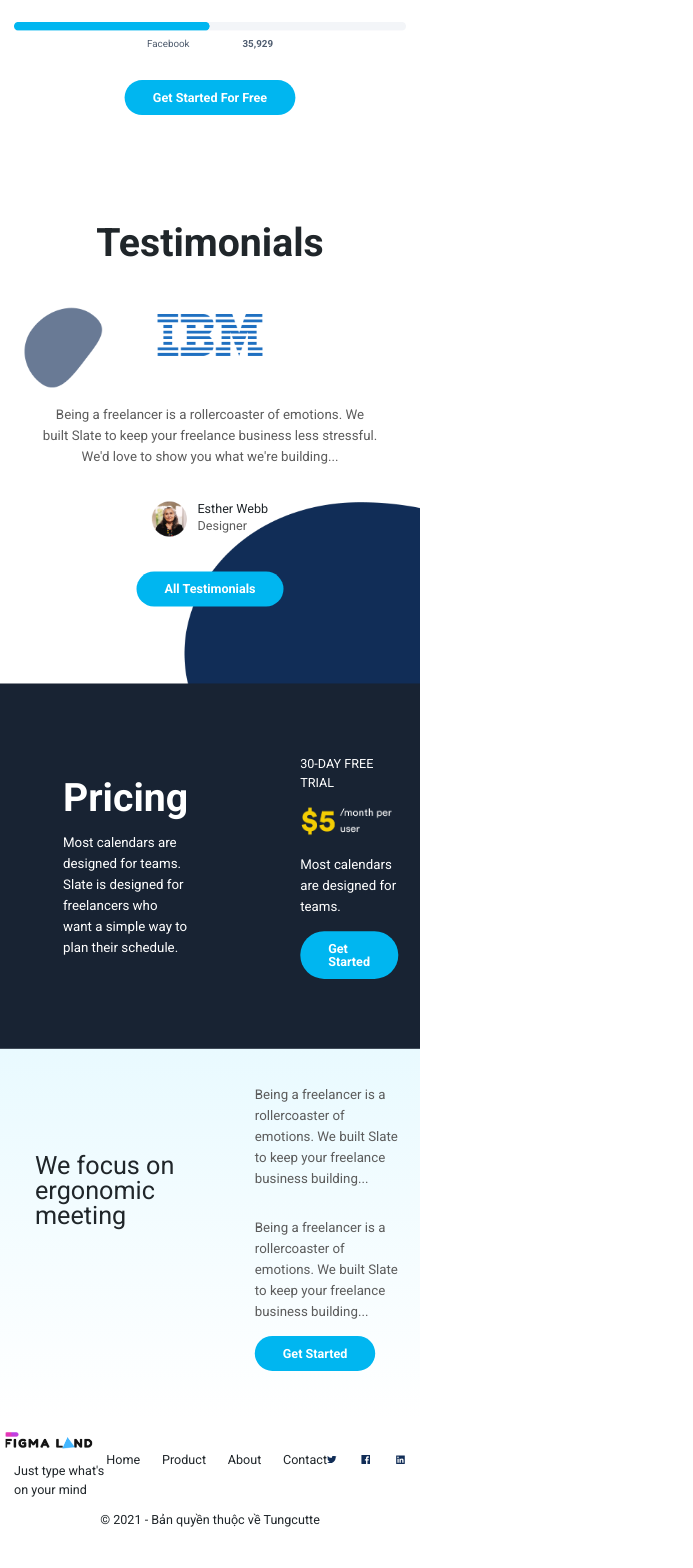
Repository: tungcutte35/Figma-Land
Page: sass/index.html
An editor plug-in stored every save of this project. The page is shown before and after the next save, followed by the edit.
The browser window is 600 px wide. The page is 990 px wide, so the pictures cover 990 px, including what lies to the right of the window. The pictures show the part of the page from y = 3479 to 5719 px (the page is 5719 px tall before and 5699 px after), at 70% of full size.
The style sheet was rebuilt from its Sass, Less or Tailwind sources for each picture, by a compiler version that may differ from the author's.

Above is the page before, as saved 2021-10-25 15:17:10.

After the next save:
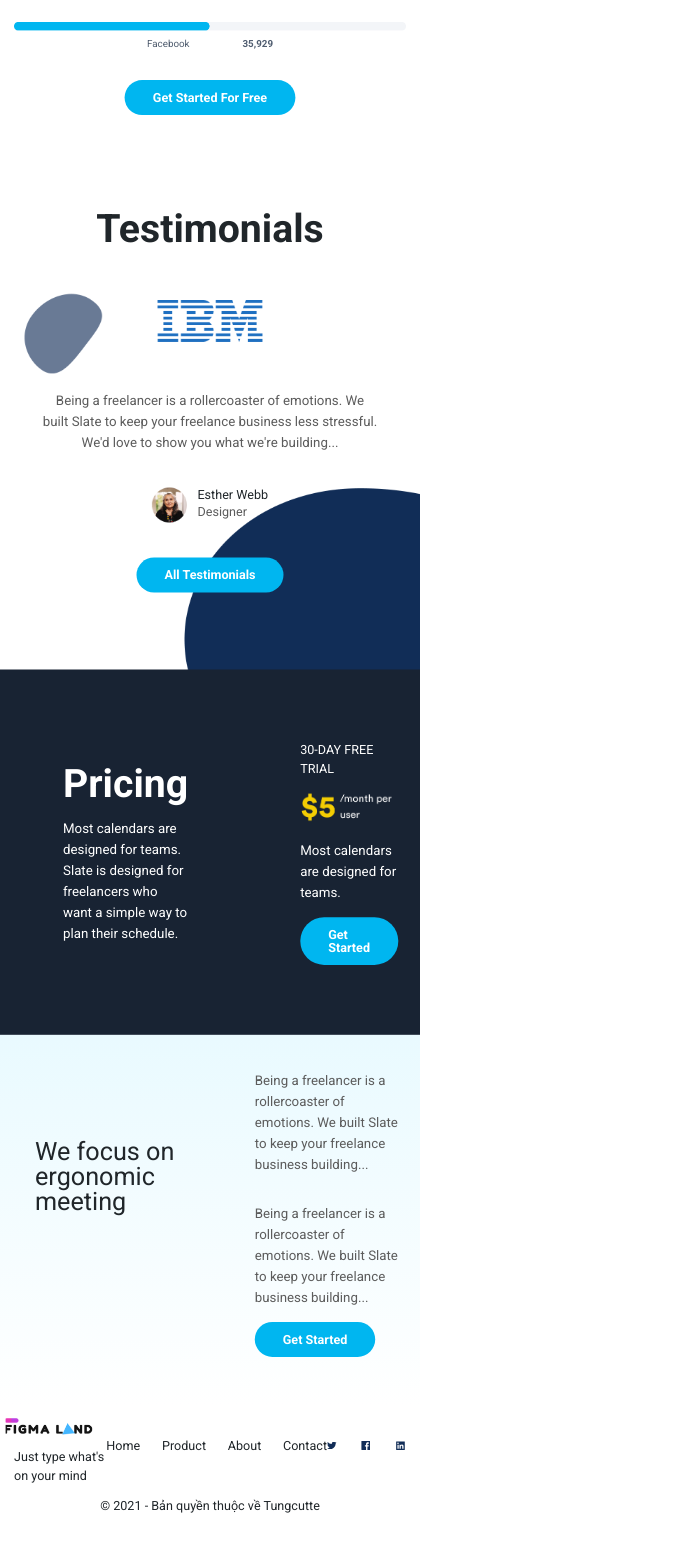
Saved 12 s later.
--- a/sass/_work.scss
+++ b/sass/_work.scss
@@ -38,6 +38,6 @@
     color: #505d70;
   }
   @media screen and (max-width: 767px) {
-    margin-bottom: 150px;
+    margin-bottom: 130px;
   }
 }
